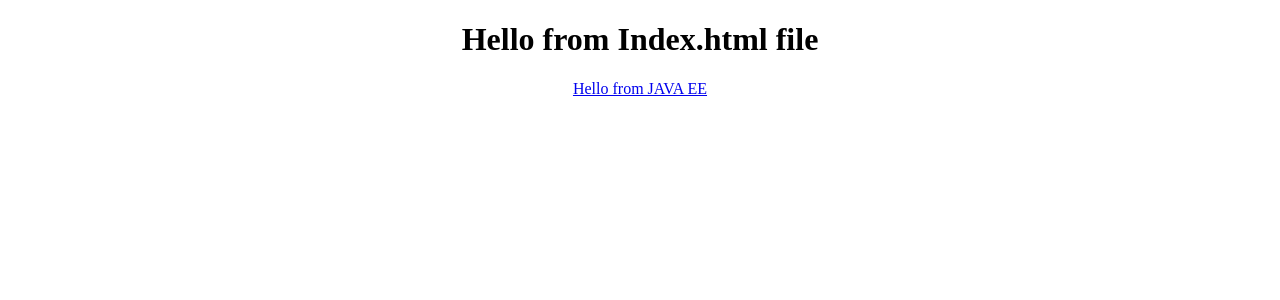
Repository: 83520-my-git-data/advjava
Page: assignment01_classwork/day01/firstapp/src/main/webapp/index.html
The author's editor kept a copy of each file at every save. The page is drawn from the files as they stood at one save, then again after the next save.
The browser window is 1280 px wide. The pictures show the whole page.

Above is the page before, as saved 2024-06-07 14:28:20.

### assignment01_classwork/day01/firstapp/src/main/webapp/index.html
<!DOCTYPE html>
<html>
<head>
<meta charset="ISO-8859-1">
<title>Home</title>
</head>
<body style="text-align:center">
<h1>Hello from Index.html file</h1>
<form>
	<a href="hello" >Hello from JAVA EE</a>
</form>

</body>
</html>

After the next save:
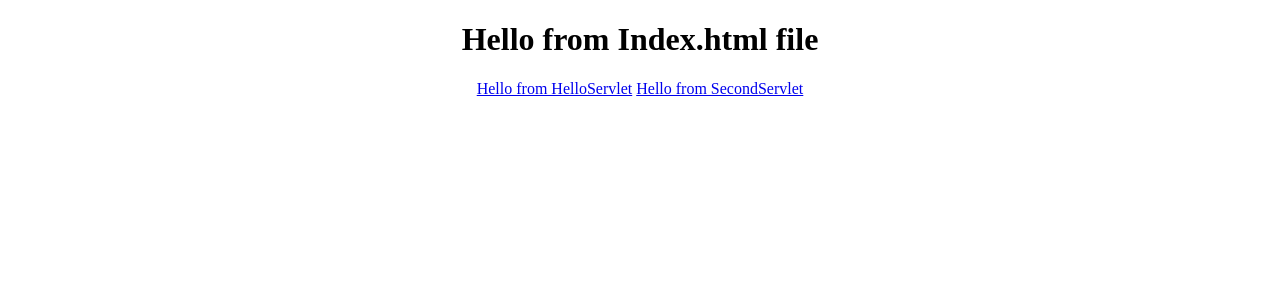
Saved 54 s later.
--- a/assignment01_classwork/day01/firstapp/src/main/webapp/index.html
+++ b/assignment01_classwork/day01/firstapp/src/main/webapp/index.html
@@ -7,7 +7,8 @@
 <body style="text-align:center">
 <h1>Hello from Index.html file</h1>
 <form>
-	<a href="hello" >Hello from JAVA EE</a>
+	<a href="hello" >Hello from HelloServlet</a>
+	<a href="cya">Hello from SecondServlet</a>
 </form>
 
 </body>
